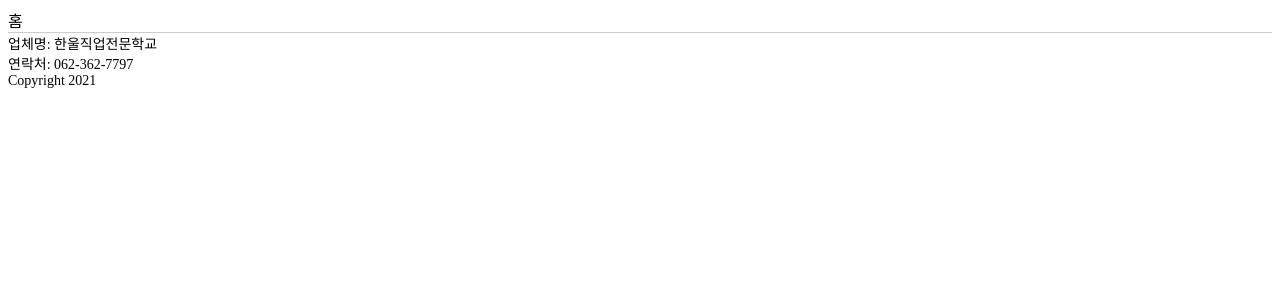
Repository: JSY93/spring-web
Page: http://localhost/iot/
These files come from the project's save history. The page is drawn as it stood at one moment and after a run of saves; the edit follows.
The browser window is 1280 px wide. The pictures show the whole page.
The page is served by Tomcat 9.

Above is the page before, as saved 2021-01-06 06:47:42.

After the next 2 saves:
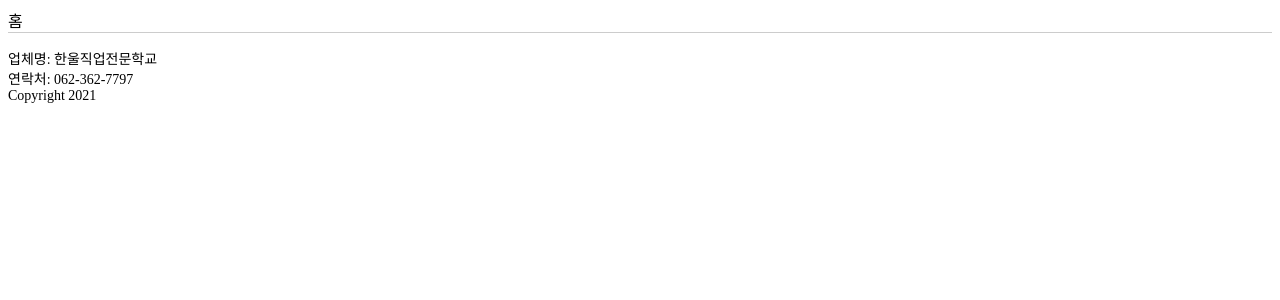
The 2 saves are shown as one change because they came seconds apart.
The last was saved 15 s later.
--- a/Study_Spring/iot/src/main/webapp/WEB-INF/views/include/footer.jsp
+++ b/Study_Spring/iot/src/main/webapp/WEB-INF/views/include/footer.jsp
@@ -1,6 +1,6 @@
 <%@ page language="java" contentType="text/html; charset=UTF-8"
     pageEncoding="UTF-8"%>
-<footer style='font-size:14px; border-top:1px solid #ccc;'>
+<footer style='font-size:14px; border-top:1px solid #ccc; padding:15px 0;'>
 	<div>업체명: 한울직업전문학교</div>
 	<div>연락처: 062-362-7797</div>
 	<div>Copyright 2021</div>
